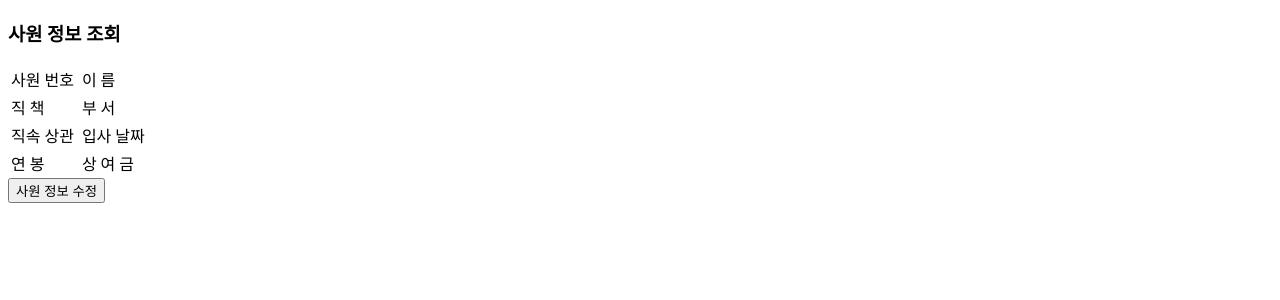
Repository: HYERI-HONG/SYS4U_WEB02_COMMAND
Page: http://localhost/company/WEB-INF/view/empDetail.jsp
These files come from the project's save history. The page is drawn as it stood at one moment and after the next save; the edit follows.
The browser window is 1280 px wide. The pictures show the whole page.
The page is served by Tomcat 9. Nobody is signed in. The template is opened directly, without the code that normally fills it, so the values that code supplies are empty.

Above is the page before, as saved 2019-03-12 02:20:21.

After the next save:
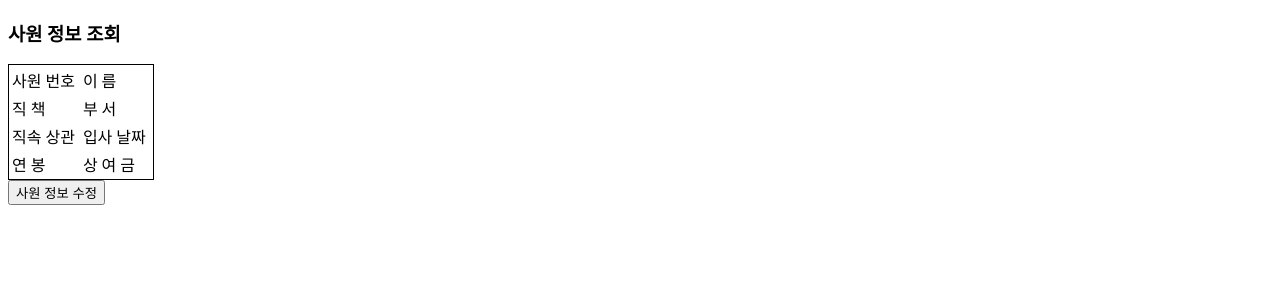
Saved 5 min 24 s later.
--- a/company/WebContent/WEB-INF/view/empDetail.jsp
+++ b/company/WebContent/WEB-INF/view/empDetail.jsp
@@ -10,7 +10,7 @@
 <div id="content">
 		<div id="content_detail">
 		<h3>사원 정보 조회</h3>
-			<table id="empInfo">
+			<table id="empInfo" style="border : 1px solid black; width=40%">
 			<tr>
 				<td>사원 번호</td>
 				<td>${employee.empno}</td>

After the save that followed:
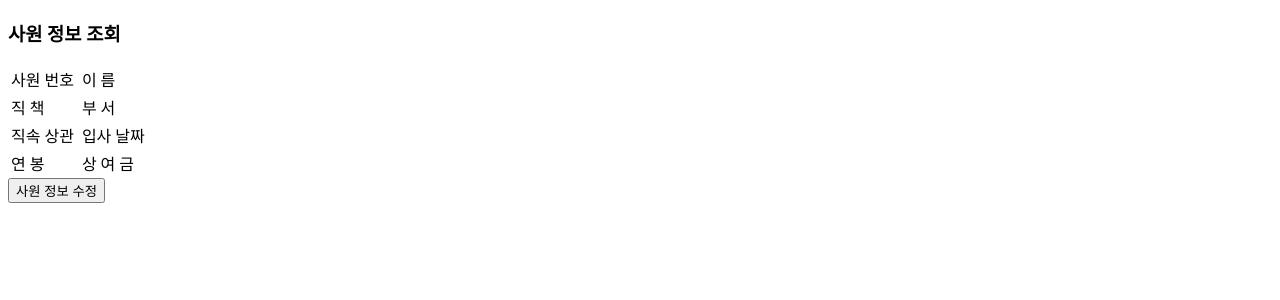
Saved 59 s later.
--- a/company/WebContent/WEB-INF/view/empDetail.jsp
+++ b/company/WebContent/WEB-INF/view/empDetail.jsp
@@ -10,7 +10,7 @@
 <div id="content">
 		<div id="content_detail">
 		<h3>사원 정보 조회</h3>
-			<table id="empInfo" style="border : 1px solid black; width=40%">
+			<table id="empInfo">
 			<tr>
 				<td>사원 번호</td>
 				<td>${employee.empno}</td>
